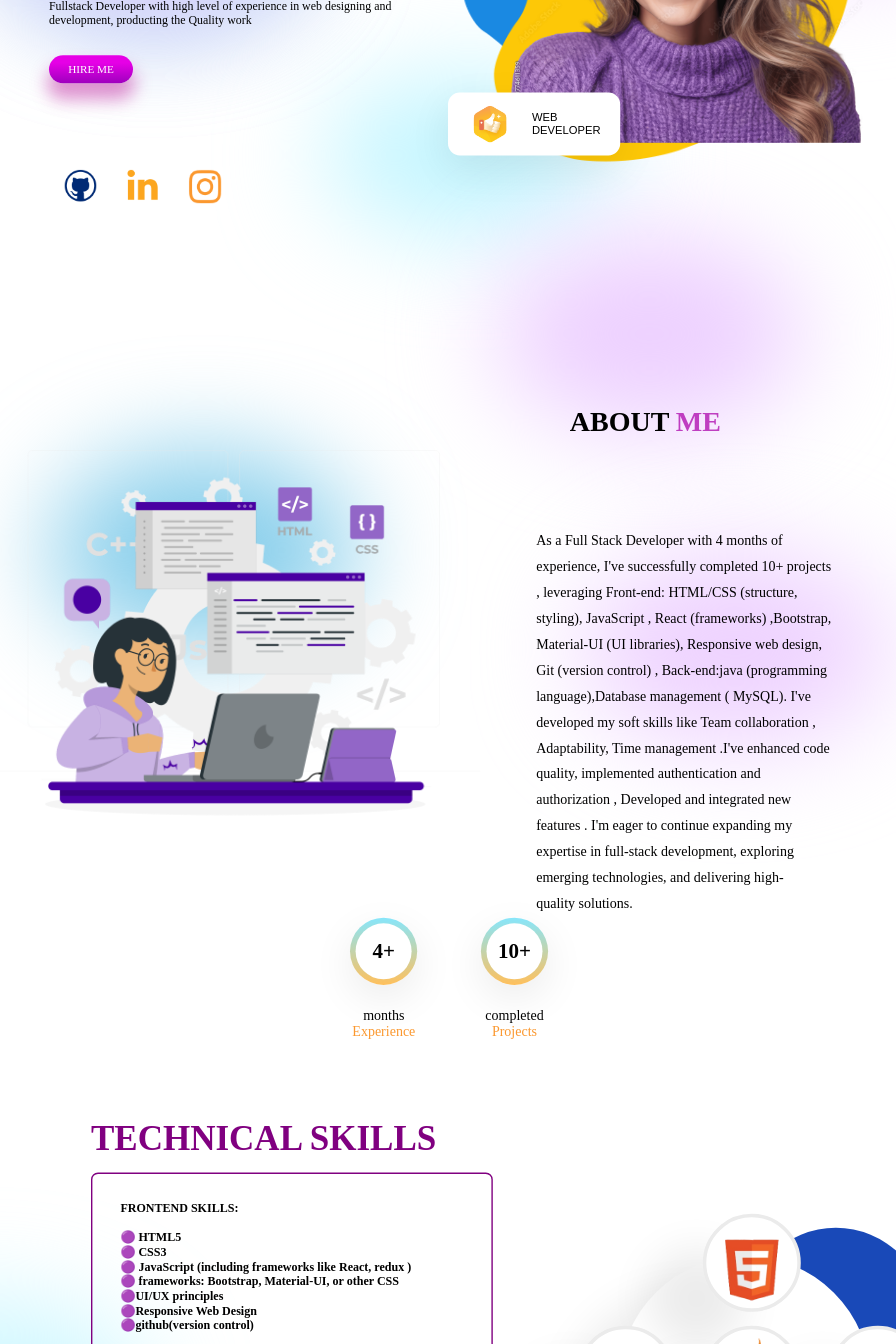
Repository: glorysandy/Protfolio
Page: /
An editor plug-in stored every save of this project. The page is shown before and after a run of saves, followed by the edit.
The browser window is 1280 px wide. The pictures show the part of the page from y = 430 to 2350 px (the page is 5144 px tall), at 70% of full size.
Some web fonts or font styles are not loaded; a fallback is used. The project was rebuilt for these pictures with package versions that can differ from the ones it lists, and the page was loaded fresh each time. Imported but missing from the stored project, and not drawn on this page: src/components/Services/SANDHIYA.P (RESUME).pdf.

Above is the page before, as saved 2024-10-16 23:33:11.

After the next 2 saves:
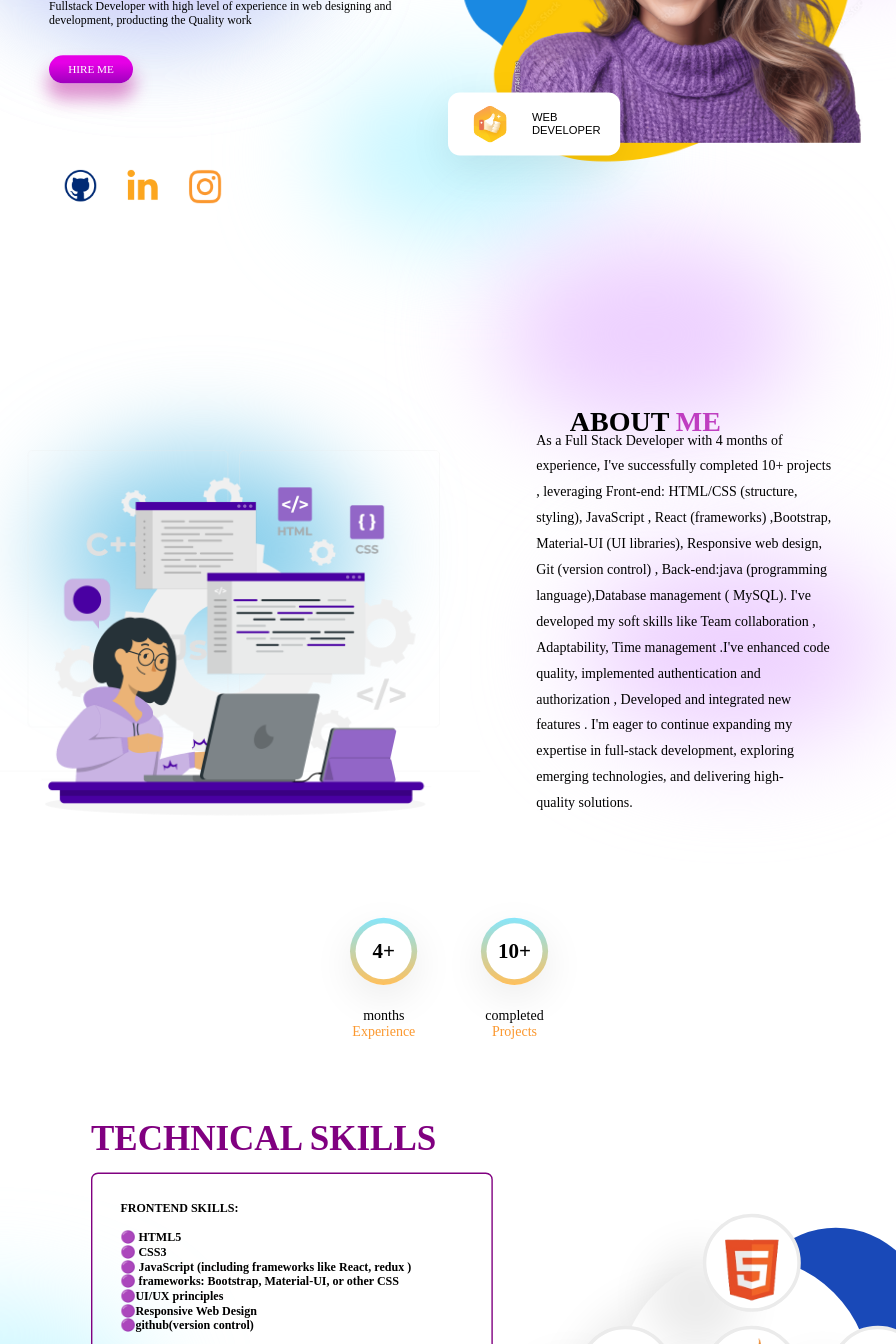
The 2 saves are shown as one change because they came seconds apart.
The last was saved 34 s later.
--- a/src/components/Testimonials/Testimonial.jsx
+++ b/src/components/Testimonials/Testimonial.jsx
@@ -17,7 +17,7 @@ const Testimonial = () => {
           src={back}
           alt=""
         />
-</div> <div className="t-sen" style={{fontSize:"1.6rem",fontWeight: "7rem",  position: "absolute", marginTop: "-80vh" ,marginLeft: "-48px",marginRight: "18px"
+</div> <div className="t-sen" style={{fontSize:"1.6rem",fontWeight: "7rem",  position: "absolute", marginTop: "-100vh" ,marginLeft: "-48px",marginRight: "18px"
 }}> <span>As a Full Stack Developer with 4 months of experience, I've   successfully completed 10+ projects , leveraging Front-end:  HTML/CSS (structure, styling), JavaScript , React (frameworks) ,Bootstrap, Material-UI (UI libraries), Responsive web design, Git (version control)
 , Back-end:java (programming language),Database management ( MySQL). I've developed my soft skills like Team collaboration , Adaptability, Time management .I've enhanced code quality, implemented authentication   and authorization
 ,  Developed and integrated new features
